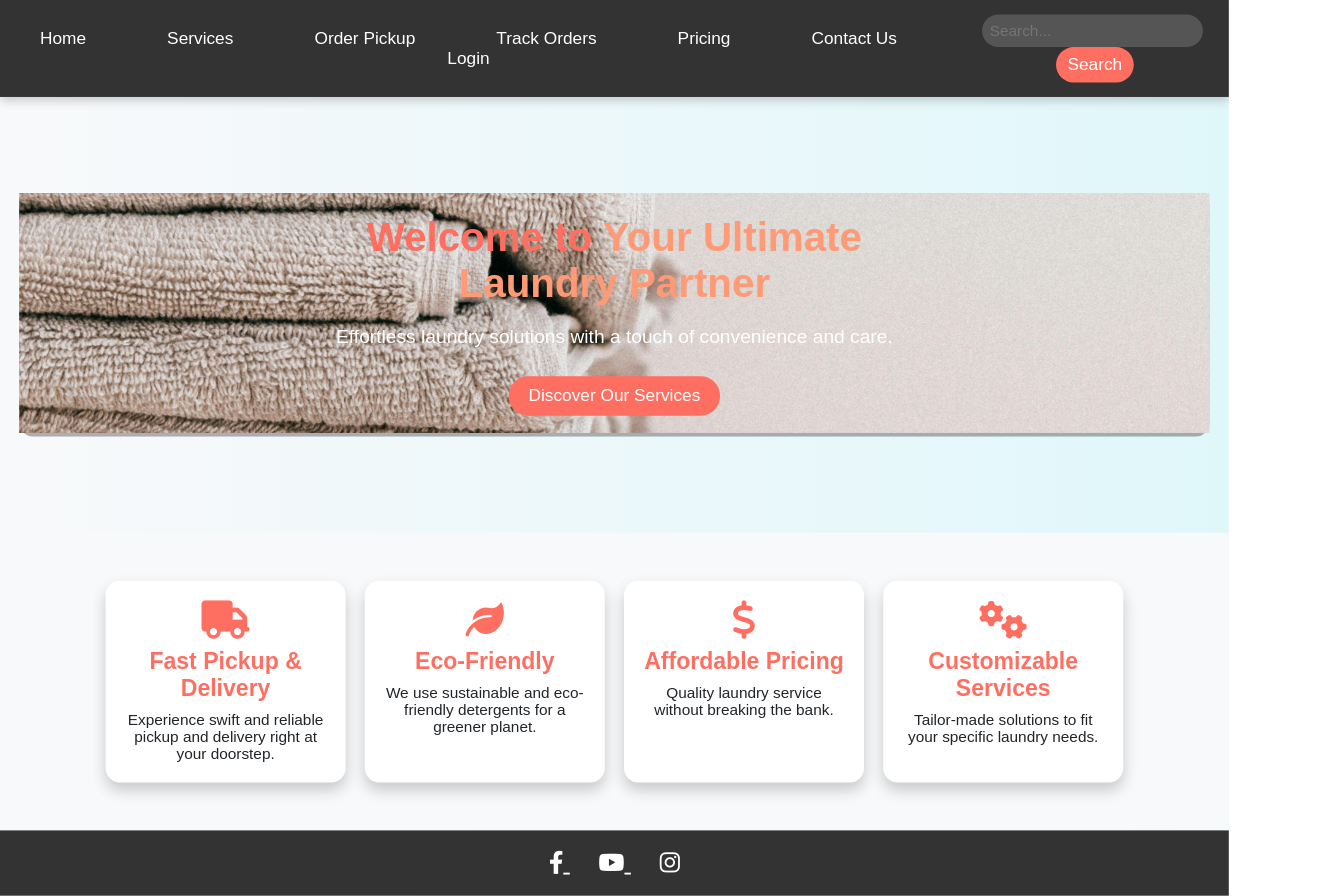
Repository: wmrmweerakoon/Online-Laundry-Management-System
Page: http://localhost/LaundryManagementSystem/home.jsp
These files come from the project's save history. The page is drawn as it stood at one moment and after the next save; the edit follows.
The browser window is 1280 px wide. The page is 1280 px wide, then 1384 px, so the pictures cover 1384 px, including what lies to the right of the window. The pictures show the whole page, at 96% of full size.
The page is served by Tomcat 9. Other server files are loaded and not shown.

Above is the page before, as saved 2024-10-08 04:29:34.

### Projects/LaundryManagementSystem/src/main/webapp/home.jsp
<%@ page language="java" contentType="text/html; charset=UTF-8"
    pageEncoding="UTF-8"%>
<!DOCTYPE html>
<html lang="en">
<head>
    <meta charset="UTF-8">
    <meta name="viewport" content="width=device-width, initial-scale=1.0">
    <title>Online Laundry Management System</title>
    <link rel="stylesheet" href="CSS/home.css">
    <link rel="stylesheet" href="https://cdnjs.cloudflare.com/ajax/libs/font-awesome/6.0.0-beta3/css/all.min.css">
</head>
<body >
    <header>
        <nav>
            <ul>
                <li><a href="#">Home</a></li>
                <li><a href="services.jsp">Services</a></li>
                <li><a href="order.jsp">Order Pickup</a></li>
                <li><a href="track.jsp">Track Orders</a></li>
                <li><a href="pricing.jsp">Pricing</a></li>
                <li><a href="contact.jsp">Contact Us</a></li>
                <li><a href="Login.jsp">Login</a></li>
            </ul>
            <div class="search-container">
                <input type="text" id="search" placeholder="Search...">
                <button onclick="performSearch()">Search</button>
            </div>
        </nav>
    </header>

    <!-- Home Section with Slider -->
    <!-- Home Section with Slider -->
<section class="home-section">
    <div class="slider">
        <img src="laundry1.jpg" alt="Laundry Service" class="slider-img" id="slider-img">
        <div class="welcome-text-container">
            <div class="welcome-text">
                <h1>Welcome to <span class="highlight">Your Ultimate Laundry Partner</span></h1>
                <p>Effortless laundry solutions with a touch of convenience and care.</p>
                <button onclick="window.location.href='services.jsp'">Discover Our Services</button>
            </div>
        </div>
    </div>
</section>



    <!-- New Information Section -->
    <section class="info-section">
        <div class="info-cards">
            <div class="info-card">
                <i class="fas fa-truck"></i>
                <h3>Fast Pickup & Delivery</h3>
                <p>Experience swift and reliable pickup and delivery right at your doorstep.</p>
            </div>
            <div class="info-card">
                <i class="fas fa-leaf"></i>
                <h3>Eco-Friendly</h3>
                <p>We use sustainable and eco-friendly detergents for a greener planet.</p>
            </div>
            <div class="info-card">
                <i class="fas fa-dollar-sign"></i>
                <h3>Affordable Pricing</h3>
                <p>Quality laundry service without breaking the bank.</p>
            </div>
            <div class="info-card">
                <i class="fas fa-cogs"></i>
                <h3>Customizable Services</h3>
                <p>Tailor-made solutions to fit your specific laundry needs.</p>
            </div>
        </div>
    </section>

    <!-- Social Media Footer -->
    <footer class="social-media">
        <a href="https://www.facebook.com" target="_blank" class="social-icon">
            <i class="fab fa-facebook-f"></i>
        </a>
        <a href="https://www.youtube.com" target="_blank" class="social-icon">
            <i class="fab fa-youtube"></i>
        </a>
        <a href="https://www.instagram.com" target="_blank" class="social-icon">
            <i class="fab fa-instagram"></i>
        </a>
    </footer>

    <script >

    		function exploreServices() {
        alert("Explore our services including washing, ironing, dry cleaning, and more!");
    }

    function performSearch() {
        var query = document.getElementById("search").value;
        if (query) {
            alert("Searching for: " + query);
        } else {
            alert("Please enter a search term.");
        }
    }
    const images = ['CSS/image1.jpg', 'CSS/image2.jpg', 'CSS/image3.jpg'];
    let currentIndex = 0;

    function changeImage() {
        const sliderImg = document.getElementById('slider-img');
        currentIndex = (currentIndex + 1) % images.length; // Cycle through images
        sliderImg.src = images[currentIndex];
    }

    // Change image every 3 seconds
    setInterval(changeImage, 3000);
    </script>
</body>
</html>

### Projects/LaundryManagementSystem/src/main/webapp/CSS/home.css

@charset "UTF-8";
/* Define CSS Variables for easy customization */
:root {
    --primary-color: #ff6f61; /* Coral Pink */
    --secondary-color: #ff9a76; /* Light Coral */
    --accent-color: #ffffff; /* White */
    --hover-color: #ff4824; /* Darker Coral */
    --menu-bg-color: #333; /* Darker gray for menu bar */
    --menu-hover-bg-color: #444; /* Slightly lighter gray for hover */
    --menu-text-color: #ffffff; /* White text for contrast */
    --search-bar-bg: #555; /* Medium dark background for search bar */
    --bg-gradient-start: #f8f9fa; /* Light Gradient Start */
    --bg-gradient-end: #e0f7fa;  /* Light Teal Gradient End */
    --text-primary: #212529; /* Darker text color */
    --button-hover-color: #ff4824; /* Deep Coral */
}

* {
    margin: 0;
    padding: 0;
    box-sizing: border-box;
}

body {
    font-family: 'Arial', sans-serif;
    background: linear-gradient(to right, var(--bg-gradient-start), var(--bg-gradient-end));
    color: var(--text-primary);
}

/* Darker Menu Bar */
header {
    background-color: var(--menu-bg-color);
    padding: 15px 0;
    box-shadow: 0 4px 10px rgba(0, 0, 0, 0.2);
}

nav {
    text-align: center;
    display: flex;
    justify-content: center;
    align-items: center;
    position: relative;
}

nav ul {
    list-style-type: none;
}

nav ul li {
    display: inline-block;
    margin: 0 20px;
    position: relative;
}

nav ul li a {
    color: var(--menu-text-color); /* White text on darker background */
    text-decoration: none;
    font-size: 18px;
    padding: 12px 20px;
    transition: background-color 0.3s ease, transform 0.2s ease;
    position: relative;
    border-radius: 8px;
}

nav ul li a:hover {
    background-color: var(--menu-hover-bg-color); /* Slightly lighter gray */
    transform: scale(1.05);
    box-shadow: 0 4px 10px rgba(0, 0, 0, 0.2);
}

nav ul li a::after {
    content: '';
    position: absolute;
    width: 0;
    height: 3px;
    background-color: var(--primary-color); /* Coral underline on hover */
    left: 0;
    bottom: 0;
    transition: width 0.3s ease;
}

nav ul li a:hover::after {
    width: 100%;
}

/* Search Bar */
.search-container {
    display: inline-block;
    vertical-align: middle;
    margin-left: 20px;
}

.search-container input {
    padding: 8px;
    font-size: 16px;
    border: none;
    border-radius: 20px;
    width: 230px;
    background-color: var(--search-bar-bg); /* Medium dark background for search */
    color: var(--accent-color); /* White text in search bar */
    outline: none;
    transition: all 0.3s ease;
}

.search-container input:focus {
    width: 270px;
    background-color: #666;
}

.search-container button {
    padding: 8px 12px;
    background-color: var(--primary-color);
    color: var(--accent-color);
    border: none;
    border-radius: 20px;
    cursor: pointer;
    margin-left: 5px;
}

.search-container button:hover {
    background-color: var(--hover-color);
    box-shadow: 0 4px 6px rgba(0, 0, 0, 0.2);
}

/* Home Section */
.home-section {
    text-align: center;
    padding: 100px 20px;
    position: relative;
    overflow: hidden; /* Hide overflow for the image */
}

.slider {
    position: relative;
    overflow: hidden; /* Prevents image overflow */
}

.slider-img {
    width: 100%; /* Full width */
    height: auto; /* Auto height */
    max-height: 400px; /* Max height for the image */
    object-fit: cover; /* Cover the space */
    transition: transform 0.3s ease-in-out;
}

.welcome-text {
    position: absolute;
    top: 50%;
    left: 50%;
    transform: translate(-50%, -50%);
    color: var(--accent-color);
    text-align: center;
}

.welcome-text h1 {
    font-size: 36px;
    color: var(--primary-color);
    margin-bottom: 20px;
}

.welcome-text p {
    font-size: 18px;
    margin-bottom: 30px;
}

.welcome-text .highlight {
    color: var(--secondary-color);
}

.welcome-text button {
    padding: 10px 20px;
    font-size: 18px;
    background-color: var(--primary-color);
    color: var(--accent-color);
    border: none;
    cursor: pointer;
    border-radius: 20px;
    transition: background-color 0.3s ease, transform 0.3s ease;
}

.welcome-text button:hover {
    background-color: var(--button-hover-color);
    transform: scale(1.05);
}

/* New Information Section Styling */
.info-section {
    text-align: center;
    padding: 50px 20px;
    background-color: var(--bg-gradient-start); /* Light background to complement the page */
    color: var(--text-primary);
}

.info-cards {
    display: flex;
    justify-content: center;
    flex-wrap: wrap;
    gap: 20px;
}

.info-card {
    background-color: var(--accent-color);
    border-radius: 15px;
    padding: 20px;
    width: 250px;
    text-align: center;
    box-shadow: 0 8px 15px rgba(0, 0, 0, 0.2);
    transition: transform 0.3s ease, box-shadow 0.3s ease;
}

.info-card i {
    font-size: 40px;
    color: var(--primary-color);
    margin-bottom: 10px;
}

.info-card h3 {
    font-size: 24px;
    color: var(--primary-color);
    margin-bottom: 10px;
}

.info-card p {
    font-size: 16px;
    color: var(--text-primary);
}

.info-card:hover {
    transform: scale(1.05);
    box-shadow: 0 12px 20px rgba(0, 0, 0, 0.3);
}

/* Social Media Links Styling */
.social-media {
    text-align: center;
    padding: 20px 0;
    background-color: var(--menu-bg-color); /* Match the menu bar color */
}

.social-media a {
    color: var(--accent-color);
    font-size: 24px;
    margin: 0 15px;
    transition: color 0.3s ease;
}

.social-media a:hover {
    color: var(--primary-color);
}

* {
    margin: 0;
    padding: 0;
    box-sizing: border-box;
}

body {
    font-family: 'Arial', sans-serif;
    background: linear-gradient(to right, var(--bg-gradient-start), var(--bg-gradient-end));
    color: var(--text-primary);
}

/* Darker Menu Bar */
header {
    background-color: var(--menu-bg-color);
    padding: 15px 0;
    box-shadow: 0 4px 10px rgba(0, 0, 0, 0.2);
}

nav {
    text-align: center;
    display: flex;
    justify-content: center;
    align-items: center;
    position: relative;
}

nav ul {
    list-style-type: none;
}

nav ul li {
    display: inline-block;
    margin: 0 20px;
    position: relative;
}

nav ul li a {
    color: var(--menu-text-color); /* White text on darker background */
    text-decoration: none;
    font-size: 18px;
    padding: 12px 20px;
    transition: background-color 0.3s ease, transform 0.2s ease;
    position: relative;
    border-radius: 8px;
}

nav ul li a:hover {
    background-color: var(--menu-hover-bg-color); /* Slightly lighter gray */
    transform: scale(1.05);
    box-shadow: 0 4px 10px rgba(0, 0, 0, 0.2);
}

nav ul li a::after {
    content: '';
    position: absolute;
    width: 0;
    height: 3px;
    background-color: var(--primary-color); /* Coral underline on hover */
    left: 0;
    bottom: 0;
    transition: width 0.3s ease;
}

nav ul li a:hover::after {
    width: 100%;
}

/* Search Bar */
.search-container {
    display: inline-block;
    vertical-align: middle;
    margin-left: 20px;
}

.search-container input {
    padding: 8px;
    font-size: 16px;
    border: none;
    border-radius: 20px;
    width: 230px;
    background-color: var(--search-bar-bg); /* Medium dark background for search */
    color: var(--accent-color); /* White text in search bar */
    outline: none;
    transition: all 0.3s ease;
}

.search-container input:focus {
    width: 270px;
    background-color: #666;
}

.search-container button {
    padding: 8px 12px;
    background-color: var(--primary-color);
    color: var(--accent-color);
    border: none;
    border-radius: 20px;
    cursor: pointer;
    margin-left: 5px;
}

.search-container button:hover {
    background-color: var(--hover-color);
    box-shadow: 0 4px 6px rgba(0, 0, 0, 0.2);
}

/* Home Section */
.home-section {
    text-align: center;
    padding: 100px 20px;
    background-color: transparent; /* Let the gradient background show */
    position: relative;
}

.slider {
    position: relative;
}

.slider-img {
    width: 110%;
    height: 250px;
    object-fit: cover;
    border-radius: 15px;
    transition: transform 0.3s ease-in-out;
    transform: translateX(-5%);
}

.slider::before {
    content: '';
    position: absolute;
    top: 0;
    left: 0;
    width: 100%;
    height: 100%;
    background: rgba(0, 0, 0, 0.3); /* Adjust color and opacity as needed */
    border-radius: 15px;
}

.welcome-text {
    position: absolute;
    top: 50%;
    left: 50%;
    transform: translate(-50%, -50%);
    color: var(--accent-color);
}

.welcome-text h1 {
    font-size: 42px;
    color: var(--primary-color);
    margin-bottom: 20px;
}

.welcome-text p {
    font-size: 20px;
    margin-bottom: 30px;
}

.welcome-text .highlight {
    color: var(--secondary-color);
}

button {
    padding: 10px 20px;
    font-size: 18px;
    background-color: var(--primary-color);
    color: var(--accent-color);
    border: none;
    cursor: pointer;
    border-radius: 20px;
    transition: background-color 0.3s ease, transform 0.3s ease;
}

button:hover {
    background-color: var(--button-hover-color);
    transform: scale(1.05);
}

/* New Information Section Styling */
.info-section {
    text-align: center;
    padding: 50px 20px;
    background-color: var(--bg-gradient-start); /* Light background to complement the page */
    color: var(--text-primary);
}

.info-cards {
    display: flex;
    justify-content: center;
    flex-wrap: wrap;
    gap: 20px;
}

.info-card {
    background-color: var(--accent-color);
    border-radius: 15px;
    padding: 20px;
    width: 250px;
    text-align: center;
    box-shadow: 0 8px 15px rgba(0, 0, 0, 0.2);
    transition: transform 0.3s ease, box-shadow 0.3s ease;
}

.info-card i {
    font-size: 40px;
    color: var(--primary-color);
    margin-bottom: 10px;
}

.info-card h3 {
    font-size: 24px;
    color: var(--primary-color);
    margin-bottom: 10px;
}

.info-card p {
    font-size: 16px;
    color: var(--text-primary);
}

.info-card:hover {
    transform: scale(1.05);
    box-shadow: 0 12px 20px rgba(0, 0, 0, 0.3);
}

/* Social Media Links Styling */
.social-media {
    text-align: center;
    padding: 20px 0;
    background-color: var(--menu-bg-color); /* Match the menu bar color */
}

.social-media a {
    color: var(--accent-color);
    font-size: 24px;
    margin: 0 15px;
    transition: color 0.3s ease;
}

.social-media a:hover {
    color: var(--primary-color);
}

After the next save:
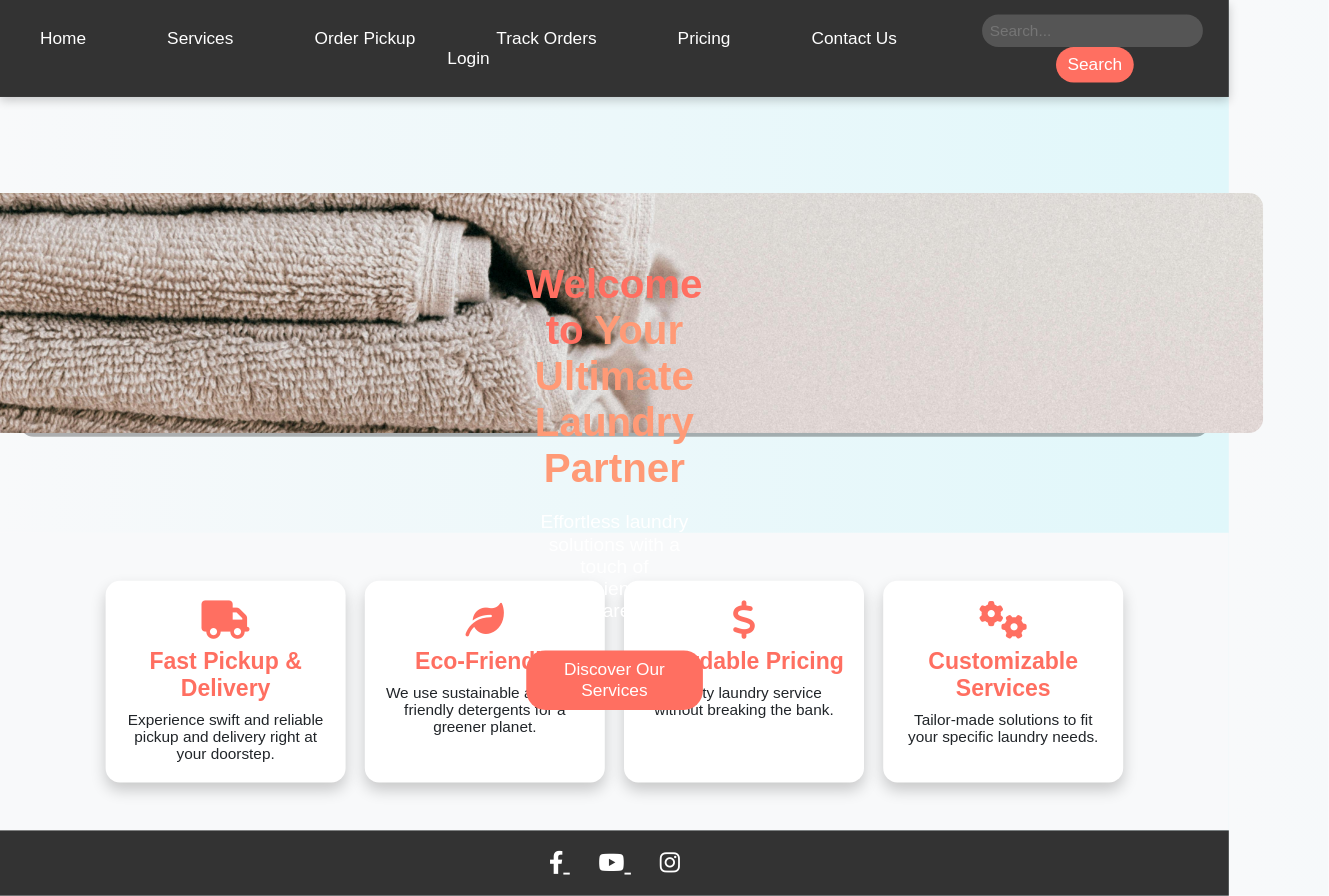
Saved 49 s later.
--- a/Projects/LaundryManagementSystem/src/main/webapp/CSS/home.css
+++ b/Projects/LaundryManagementSystem/src/main/webapp/CSS/home.css
@@ -125,64 +125,51 @@ nav ul li a:hover::after {
 
 /* Home Section */
 .home-section {
-    text-align: center;
-    padding: 100px 20px;
-    position: relative;
-    overflow: hidden; /* Hide overflow for the image */
+    position: relative; /* Position relative for absolute positioning of inner elements */
 }
 
 .slider {
     position: relative;
-    overflow: hidden; /* Prevents image overflow */
 }
 
 .slider-img {
-    width: 100%; /* Full width */
-    height: auto; /* Auto height */
-    max-height: 400px; /* Max height for the image */
-    object-fit: cover; /* Cover the space */
-    transition: transform 0.3s ease-in-out;
+    width: 100%; /* Make the image full width */
+    height: auto; /* Maintain aspect ratio */
+}
+
+.welcome-text-container {
+    position: absolute; /* Allow positioning over the image */
+    bottom: -20%; /* Position outside the image */
+    left: 50%;
+    transform: translateX(-50%); /* Center horizontally */
+    text-align: center; /* Center text */
+    z-index: 2; /* Ensure it's above the image */
 }
 
 .welcome-text {
-    position: absolute;
-    top: 50%;
-    left: 50%;
-    transform: translate(-50%, -50%);
-    color: var(--accent-color);
-    text-align: center;
-}
-
-.welcome-text h1 {
-    font-size: 36px;
-    color: var(--primary-color);
-    margin-bottom: 20px;
-}
-
-.welcome-text p {
-    font-size: 18px;
-    margin-bottom: 30px;
-}
-
-.welcome-text .highlight {
-    color: var(--secondary-color);
-}
-
-.welcome-text button {
+    color: white; /* Change text color for contrast */
+}
+
+/* Highlight color */
+.highlight {
+    color: #ff6f61;
+}
+
+/* Button styles */
+button {
     padding: 10px 20px;
-    font-size: 18px;
-    background-color: var(--primary-color);
-    color: var(--accent-color);
-    border: none;
+    background-color: #ff6f61; /* Button color */
+    color: white;
+    border: none;
+    border-radius: 5px;
     cursor: pointer;
-    border-radius: 20px;
-    transition: background-color 0.3s ease, transform 0.3s ease;
-}
-
-.welcome-text button:hover {
-    background-color: var(--button-hover-color);
-    transform: scale(1.05);
-}
+    transition: background-color 0.3s;
+}
+
+button:hover {
+    background-color: #ff4f4f; /* Change color on hover */
+}
+
 
 /* New Information Section Styling */
 .info-section {
